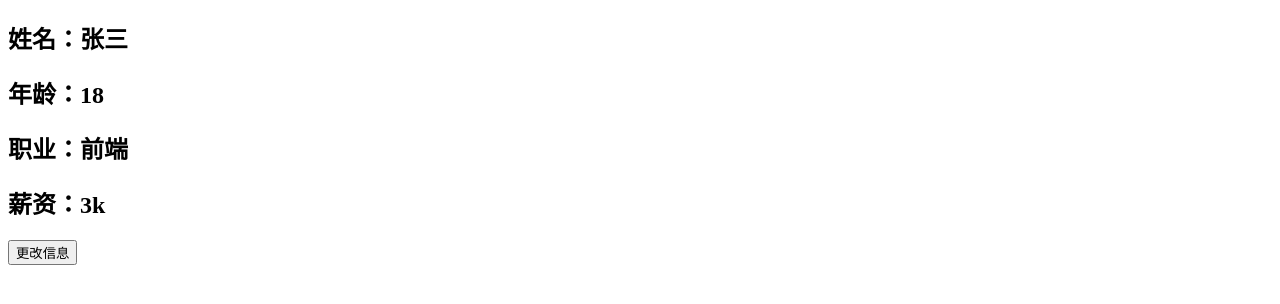
Repository: f494949/Taro-Vue3
Page: / (app in vue3_project/)
These files come from the project's save history. The page is drawn as it stood at one moment and after the next save; the edit follows.
The browser window is 1280 px wide. The pictures show the whole page.
The project was rebuilt for these pictures with package versions that can differ from the ones it lists, and the page was loaded fresh each time. Also part of the build but not shown: vue3_project/vite.config.js.

Above is the page before, as saved 2023-05-17 09:37:12.

### vue3_project/src/router/index.js
import { createRouter, createWebHistory } from 'vue-router'

const router = createRouter({
  history: createWebHistory(import.meta.env.BASE_URL),
  routes: [
    {
      path: '/',
      name: 'home',
      component: () => import('@/views/HomePage.vue')
    }
  ]
})

export default router

### vue3_project/src/views/HomePage.vue
<script>
	import { reactive } from 'vue'
	export default {
		name: 'HomePage',
		setup() {
			let person = reactive({
				name: '张三',
				age: 18,
				job: {
					type: '前端',
					salary: '3k'
				}
			})

			function changeInfo() {
                person.name = '李四'
                person.age = 20
                person.job.type = '后端'
                person.job.salary = '4k'
			}

			function addSex() {
				person.sex = '女'
			}

			return {
                person,
				changeInfo,
				addSex
			}
		}
	}
</script>

<template>
	<h2>姓名：{{ person.name }}</h2>
	<h2>年龄：{{ person.age }}</h2>
	<h2 v-show="person.sex">性别：{{ person.sex }}</h2>
	<h2>职业：{{ person.job.type }}</h2>
	<h2>薪资：{{ person.job.salary }}</h2>
	<button @click="changeInfo">更改信息</button>
</template>

<style scoped></style>

Loaded but not shown: vue3_project/index.html (common file); vue3_project/src/main.js (common file); vue3_project/src/App.vue (common file)

After the next save:
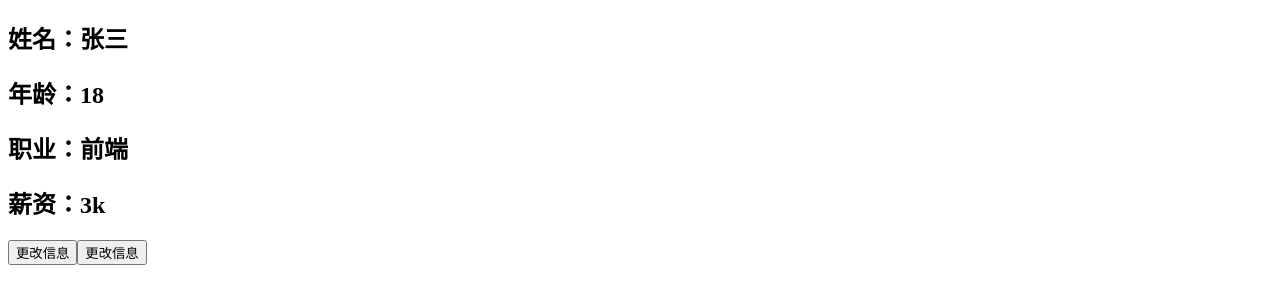
Saved 14 s later.
--- a/vue3_project/src/views/HomePage.vue
+++ b/vue3_project/src/views/HomePage.vue
@@ -39,6 +39,7 @@
 	<h2>职业：{{ person.job.type }}</h2>
 	<h2>薪资：{{ person.job.salary }}</h2>
 	<button @click="changeInfo">更改信息</button>
+	<button @click="changeInfo">更改信息</button>
 </template>
 
 <style scoped></style>
